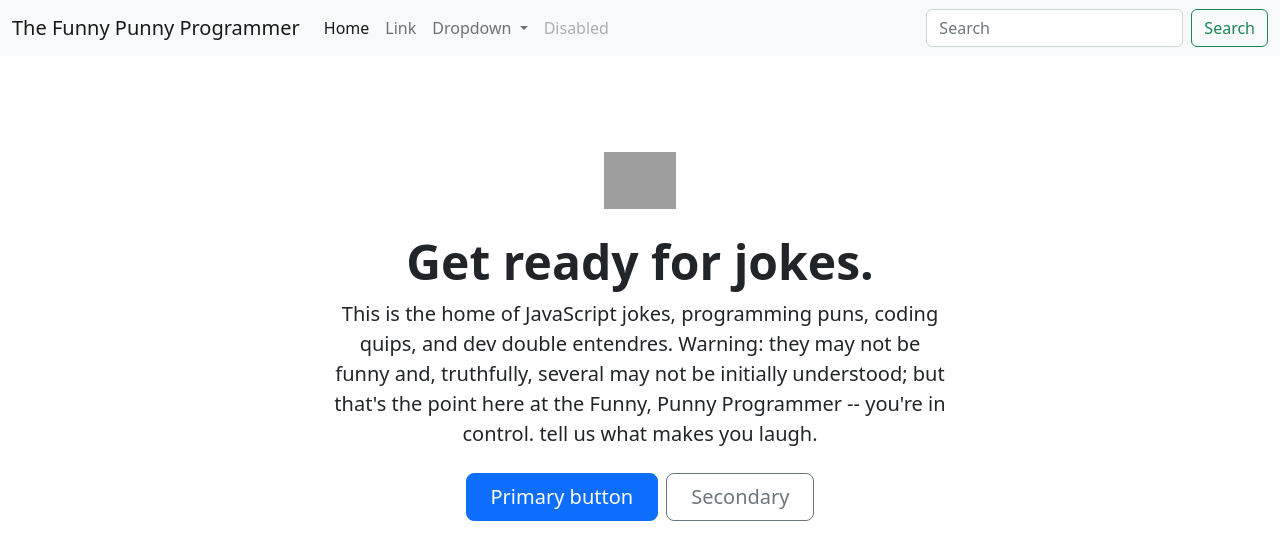
Repository: annferracane/phase-1-personal-project
Page: index.html
The author's editor kept a copy of each file at every save. The page is drawn from the files as they stood at one save, then again after the next save.
The browser window is 1280 px wide. The pictures show the whole page.
Pictures or frames that could not be fetched are drawn as grey boxes. The page's requests for data from a server got no answer.

Above is the page before, as saved 2022-12-07 13:13:00.

After the next save:
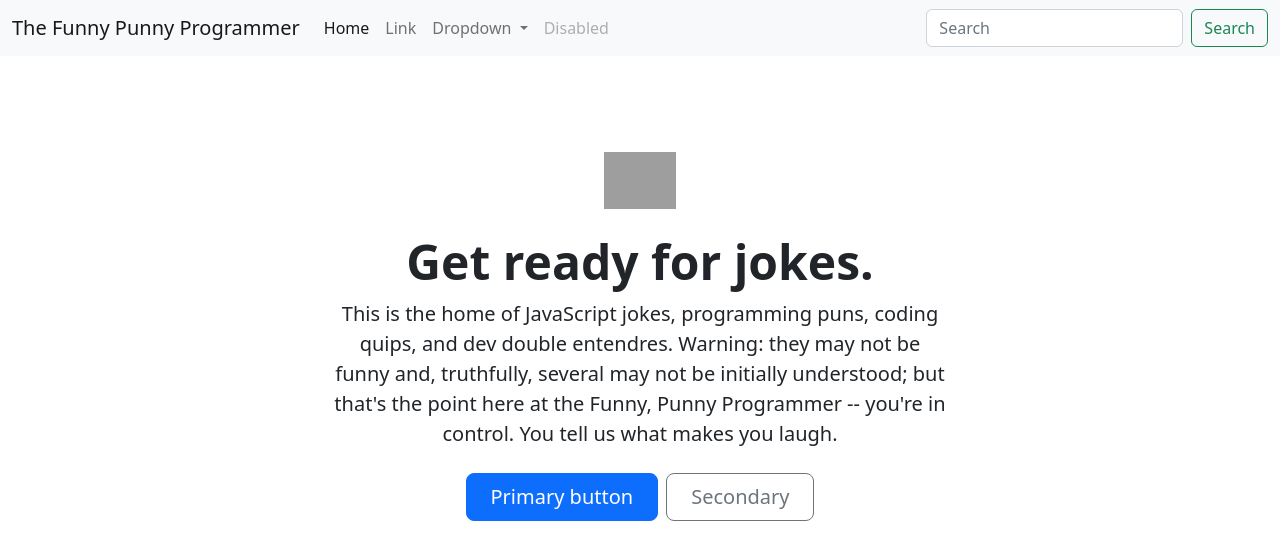
Saved 5 s later.
--- a/src/index.js
+++ b/src/index.js
@@ -4,7 +4,7 @@ document.querySelector('#hero-content').textContent =
 `This is the home of JavaScript jokes, programming puns, coding
 quips, and dev double entendres. Warning: they may not be funny and,
 truthfully, several may not be initially understood; but that's the
-point here at the Funny, Punny Programmer -- you're in control. tell us what makes you laugh.`;
+point here at the Funny, Punny Programmer -- you're in control. You tell us what makes you laugh.`;
 
 
 // Fetch jokes from local db.json and call display function
